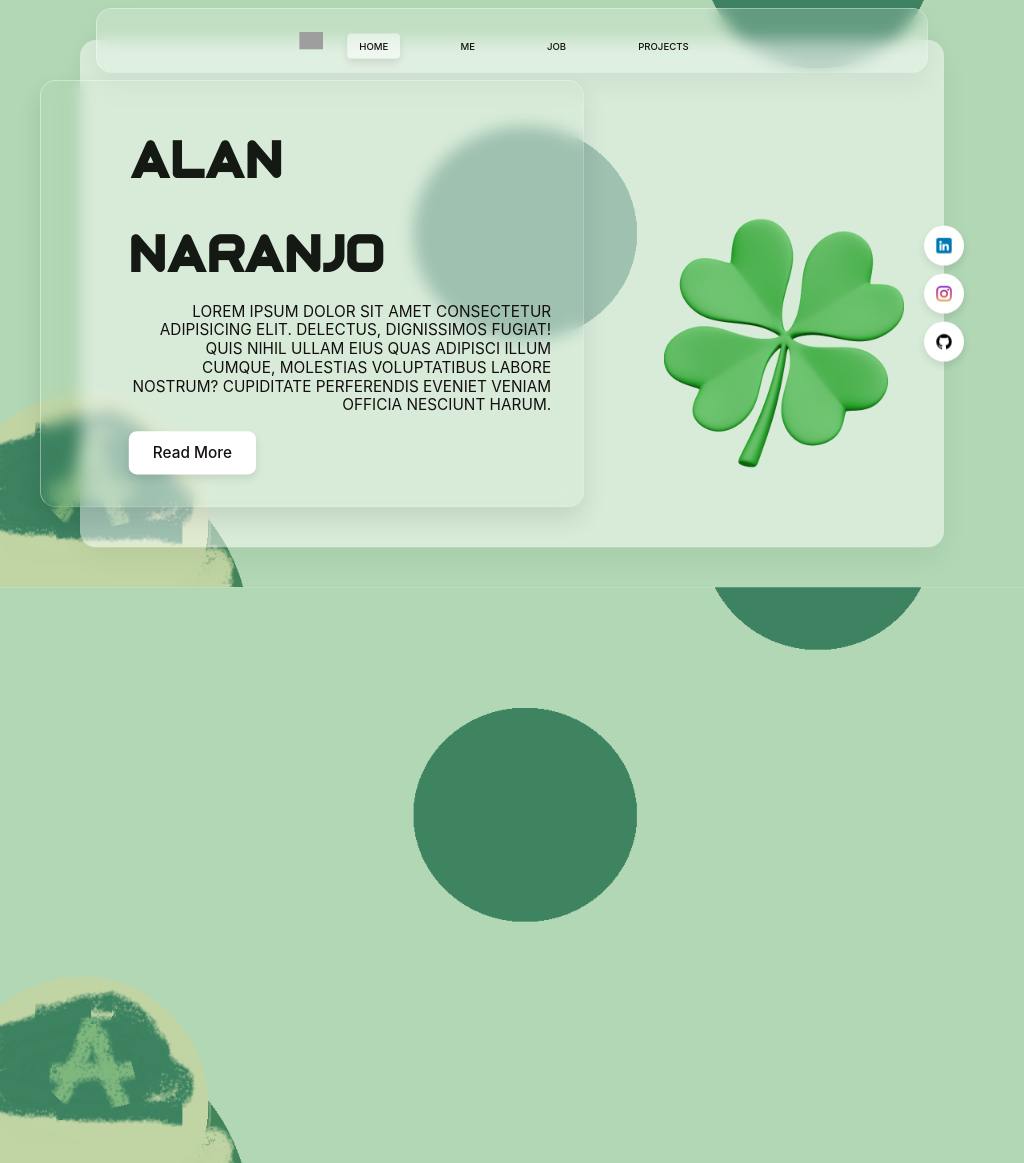
Repository: L-A-M-J-O/Me-sitio-Web
Page: / (app in my-project/)
The author's editor kept a copy of each file at every save. The page is drawn from the files as they stood at one save, then again after the next save.
The browser window is 1280 px wide. The pictures show the whole page, at 80% of full size.
Pictures or frames that could not be fetched are drawn as grey boxes. Backgrounds fixed to the window are drawn as part of the page. The project was rebuilt for these pictures with package versions that can differ from the ones it lists, and the page was loaded fresh each time. Also part of the build but not shown: my-project/src/components/Me/Me.css.

Above is the page before, as saved 2022-09-19 16:40:19.

### my-project/src/App.jsx
import './App.css';
import Me from './components/Me/Me';

import Navbar from './components/Navbar/Navbar'


function App() {
  return (
    <>
      <Navbar/>
      <Me/>
    </>


  );
}

export default App;

### my-project/src/App.css
 * {
    margin: 0;
    padding: 0;
    box-sizing: border-box;
 }

### my-project/src/components/Me/Me.jsx
import React from 'react'

import '../Me/Me.css'

function Me() {
  return (
    <section id='me'>

    </section>
  )
}

export default Me

### my-project/src/components/Navbar/Navbar.jsx
import React from 'react'

import {Link} from 'react-scroll'

import logotipo from '../../assets/img/logotipo.png'
import icon from '../../assets/img/icon.png'
import instagram from '../../assets/img/instagram.png'
import linkedin from '../../assets/img/linkedin.png'
import github from '../../assets/img/github.png'

import '../Navbar/Navbar.css'


function Navbar() {
  return (
    <section id='nav'>
      <div className='container-m'>
        <header>
          <Link to='nav' className='logo'><img src={ icon} alt='icon' width={30}/></Link>
          <ul>
            <li><Link to='nav' className='active'>Home</Link></li>
            <li><Link to='me' href='#' className=''>Me</Link></li>
            <li><Link href='#' className=''>Job</Link></li>
            <li><Link href='#' className=''>Projects</Link></li>
          </ul>
        </header>
        <div className='content'>
          <h2>Alan Naranjo</h2>
          <p>Lorem ipsum dolor sit amet consectetur adipisicing elit. Delectus, dignissimos fugiat! Quis nihil ullam eius quas adipisci illum cumque, molestias voluptatibus labore nostrum? Cupiditate perferendis eveniet veniam officia nesciunt harum.</p>
          <Link href='#'>Read More</Link>
        </div>
        <div className='img-icon'>
          <img src={ logotipo } alt='logotipo'/>
        </div>
        <ul className='sci'>
          <li><Link href='#'><img src={linkedin} alt='linkedin'/></Link></li>
          <li><Link href='#'><img src={instagram} alt='instagram'/></Link></li>
          <li><Link href='#'><img src={github} alt='github'/></Link></li>
        </ul>
      </div>
    </section>
  )
}

export default Navbar

### my-project/src/components/Navbar/Navbar.css
@font-face {
    font-family: Osiris;
    src: url(../../assets//img/Osiris.otf);
}

section {
    display: flex;
    justify-content: center;
    align-items: center;
    min-height: 100vh;
    background-image: url(../../assets/img/banner.png);
    background-position: center;
    background-attachment: fixed;
    padding: 50px;
}
.container-m{
    position: relative;
    width: calc(100% - 100px);
    height: 88vh;
    background-color: rgba(255, 255, 255, 0.5);
    box-shadow:  0 15px 35px rgba(0, 0, 0, 0.05);
    border-radius: 20px;
    display: flex;
    justify-content: space-between;
    align-items: center;
    padding: 50px;
}
header {
    position: absolute;
    top: -40px;
    right: 20px;
    left: 20px;
    padding: 20px 50px;
    display: flex;
    justify-content: center;
    align-items: baseline;
    background: rgba(255, 255, 255, 0.2);
    box-shadow:  0 15px 35px rgba(0, 0, 0, 0.05);
    border-radius: 20px;
    backdrop-filter: blur(10px);
    border: 1px solid rgba(255, 255, 255, 0.25);
    border-top: 1px solid rgba(255, 255, 255, 0.5);
    border-left: 1px solid rgba(255, 255, 255, 0.5);
}

header .logo {
    color: #140f10;
    font-weight: 700;
    text-decoration: none;
    font-size: 2rem;
}
header ul {
    display: flex;
}
header ul li {
    list-style: none;
    margin:  0 30px;
}
header ul li a {
    border: var(--default-border-width) solid var(--default-border-color);
    border-radius: var(--default-border-radius);
    text-transform: uppercase;
    font-weight: 500;
    font-size: max(12px,.9375vw);
    padding: 0 1.3333em;
    height: 2.5555em;
    line-height: 1.2222222222;
    transition: background-color .15s ease-in-out;
    -webkit-appearance: none;
    appearance: none;
    text-decoration: none;
    color: #140f10;
    padding: 8px 15px;
    border-radius: 25px;
    cursor: pointer;
}
header ul li a:hover,
header ul li a.active {
    border-radius: 5px;
    background-color: #ffffff81;
    color: #140f10;
    box-shadow: 0 5px 10px rgba(0, 0, 0, 0.1);
}

.content {
    transform: translateX(-100px);
    max-width: 700px;
    box-shadow:  0 15px 30px rgba(0, 0, 0, 0.1);
    border-radius: 20px;
    backdrop-filter: blur(10px);
    border: 1px solid rgba(255, 255, 255, 0.25);
    border-top: 1px solid rgba(255, 255, 255, 0.5);
    border-left: 1px solid rgba(255, 255, 255, 0.5);
    padding: 40px;
    padding-left: 110px;
}
.content h2 {
    font-family: Osiris;
    font-size: 4rem;
    line-height: 1.85;
    text-transform: lowercase;
    margin: 0;
    color: #141914;
}
.content p {
    text-align: end;
    border: var(--default-border-width) solid var(--default-border-color);
    border-radius: var(--default-border-radius);
    text-transform: uppercase;
    font-weight: 400;
    font-size: max(12px,.9375vw);
    line-height: 1.2222222222;
    transition: background-color .15s ease-in-out;
    -webkit-appearance: none;
    appearance: none;
    font-size: 1.2em;
    color: #140f10;
}
.content a {
    display: inline-block;
    padding: 15px 30px;
    background: #fff;
    color: #140f10;
    margin-top: 20px;
    border-radius: 10px;
    font-size: 1.2em;
    font-weight: 500;
    text-decoration: none;
    box-shadow:  0 5px 10px rgba(0, 0, 0, 0.1);
}
.img-icon img {
    max-width: 400px;
    animation: animate 5s linear infinite;
}
@keyframes animate {
    0%,100%{
        transform: translateY(50px);
    }
    50% {
        transform: translateY(100px);
    }
}
.sci {
    position: absolute;
    right: -25px;
    display: flex;
    justify-content: center;
    align-items: center;
    flex-direction: column;
}
.sci li {
    list-style: none;
}
.sci li a {
    text-decoration: none;
    width: 50px;
    height: 50px;
    background: #fff;
    display: flex;
    justify-content: center;
    align-items: center;
    border-radius: 50%;
    margin: 5px 0;
    box-shadow: 0 5px 10px rgba(0, 0, 0, 0.1);
}
.sci li a img {
    transform: scale(0.6);
    transition: 0.5s;
}
sci li:hover a img {
    transform: scale(0.6) rotate(360deg);
}

Loaded but not shown: my-project/src/index.js (common file); my-project/src/index.css (common file); my-project/src/reportWebVitals.js (common file)

After the next save:
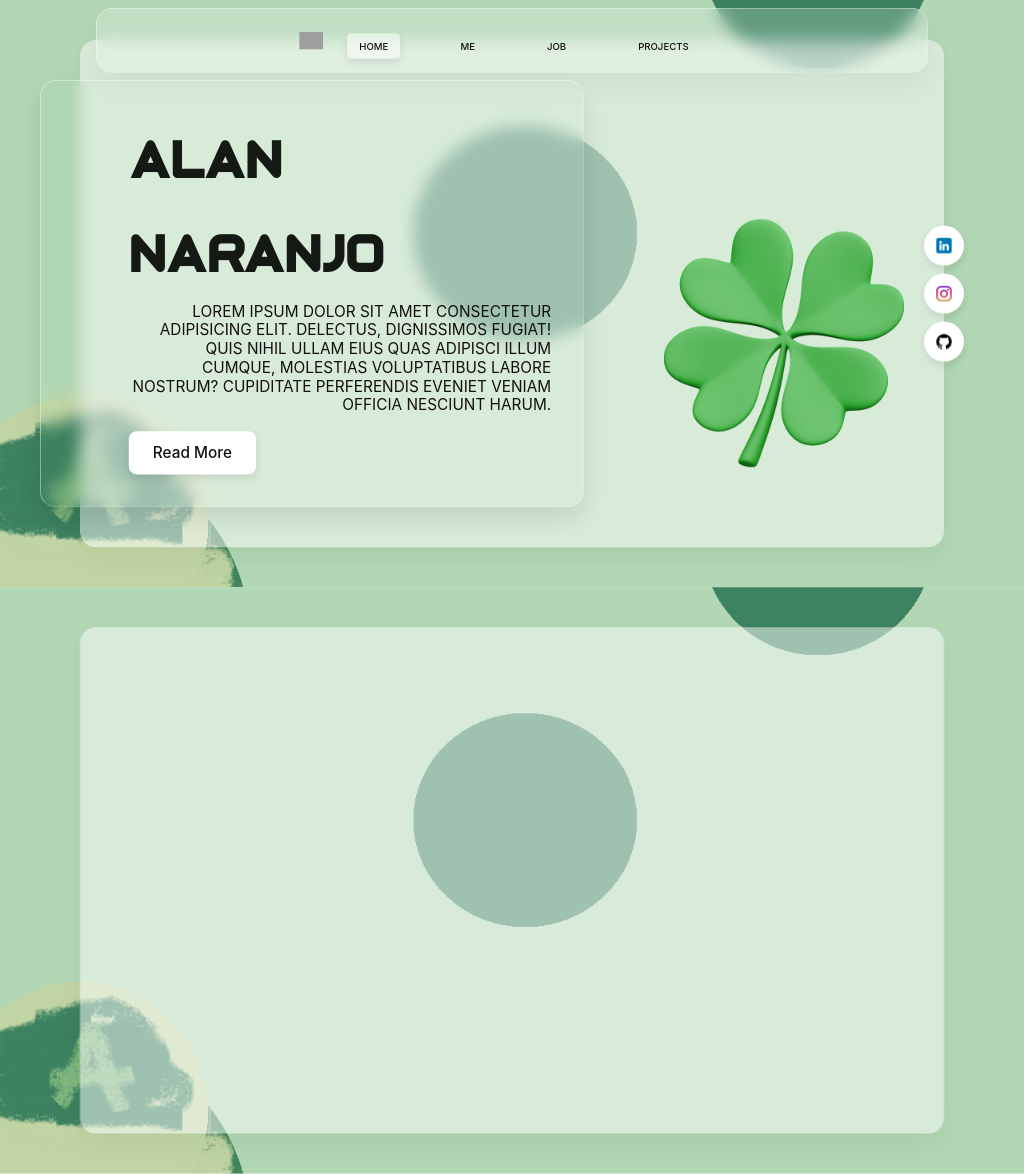
Saved 31 s later.
--- a/my-project/src/components/Me/Me.jsx
+++ b/my-project/src/components/Me/Me.jsx
@@ -5,7 +5,9 @@ import '../Me/Me.css'
 function Me() {
   return (
     <section id='me'>
+      <div className='container-m'>
 
+      </div>
     </section>
   )
 }
